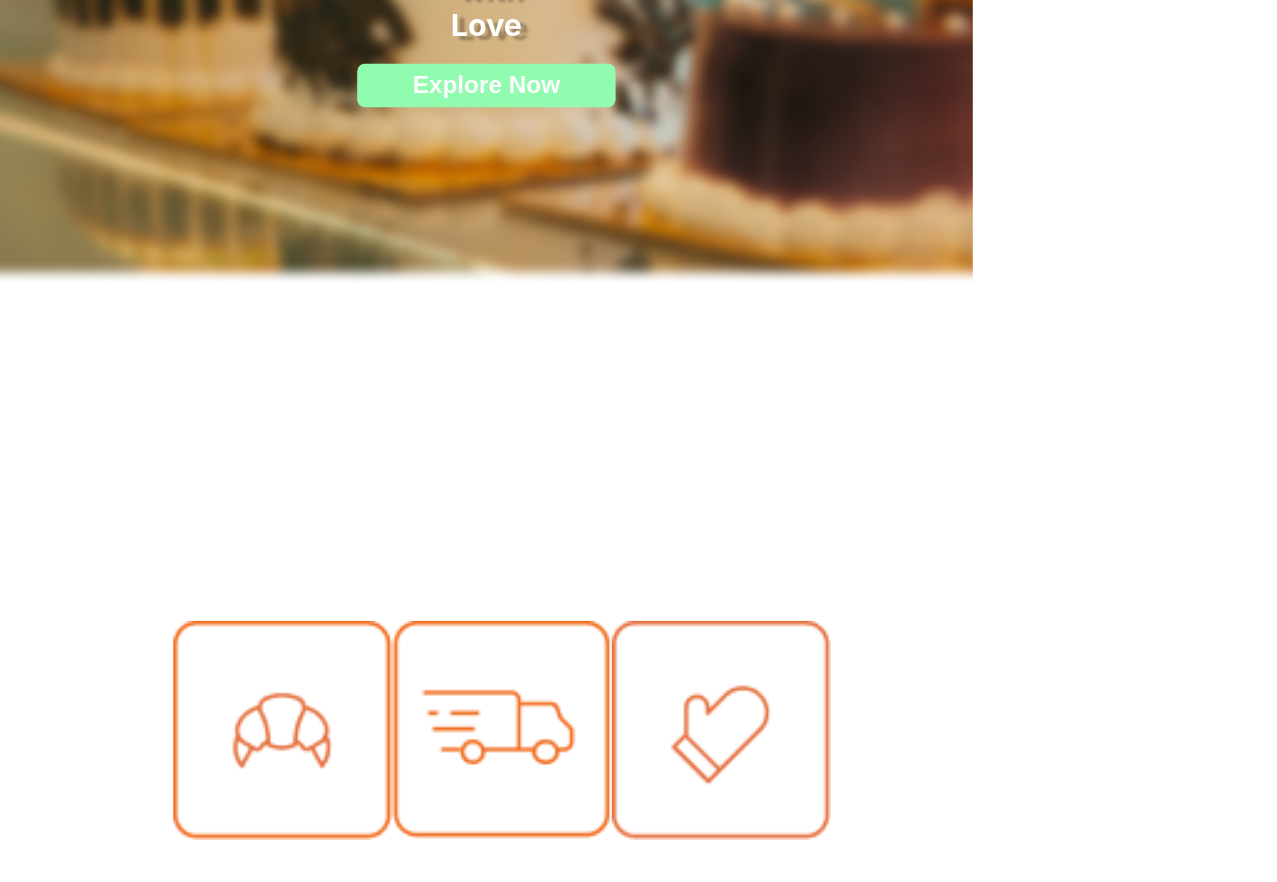
Repository: MEROO1010/cake-box-website
Page: / (app in Cake_box/cake_website/cake_frontend/)
The author's editor kept a copy of each file at every save. The page is drawn from the files as they stood at one save, then again after the next save.
The browser window is 1280 px wide. The page is 1293 px wide, then 1680 px, so the pictures cover 1680 px, including what lies to the right of the window. The pictures show the whole page, at 76% of full size.
The project was rebuilt for these pictures with package versions that can differ from the ones it lists, and the page was loaded fresh each time. Also part of the build but not shown: Cake_box/cake_website/cake_frontend/src/components/Header/Logo.jsx, Cake_box/cake_website/cake_frontend/src/components/Header/Navbar.jsx.

Above is the page before, as saved 2024-10-28 13:07:09.

### Cake_box/cake_website/cake_frontend/src/App.jsx
import { BrowserRouter as Router, Routes, Route } from "react-router-dom";
import Homepage from "./components/HomePage/Homepage";


function App() {
  return (
    <Router>
      <Routes>
        <Route path="/" element={<Homepage />} />

      </Routes>
    </Router>
  );
}

export default App;

### Cake_box/cake_website/cake_frontend/src/components/HomePage/Homepage.jsx
import React from 'react'
import Homepagebg from '../assets/HomePage.png';
import styled from 'styled-components';
import Logo from '../Header/Logo'
import Navbar from '../Header/Navbar';
import CakeIcons from './CakeIcons';

const Homepage = () => {
  return (
    <Container>

    <img src={Homepagebg} alt=""/>

    <h1>Cakes<br/> Crafted<br/> with<br/> Love</h1>

    <button>Explore Now</button>


     <CakeIcons/>
    </Container>
  )
}

export default Homepage

const Container = styled.div`
  display: flex;
  flex-direction: column;
  align-items: center; /* Center align items */
  justify-content: center; /* Center vertically */
  height: 100vh; /* Full viewport height */
  position: relative; /* Ensure absolute positioning works */

  img {
    width: 100%;
    height: auto; /* Maintain aspect ratio */
    object-fit: cover; /* Cover the container */
    position:static;
    padding-top:40px;
  }

  h1 {
    color: white;
    font-size: 40px;
    text-shadow: 9px 4px 4px rgba(0, 0, 0, 0.3);
    text-align: center;
    position:relative;
    padding-top: 80px;
    bottom:620px;

  }

  button {
    background-color: #91FBB0;
    color: white;
    border: none;
    border-radius:10px;
    width: 340px;
    height: 60px;
    font-size: 32px;
    font-weight: bold;
    margin-top: 0px; /* Add some space above the button */
    margin-left:0px;
    position:relative;
    padding-top: 10px;
    padding-bottom:10px;
    padding-right:10px;
    padding-left:10px;
    bottom:620px;
    justify-content: center;
    display: flex;
    cursor: pointer;

  }
`;

### Cake_box/cake_website/cake_frontend/src/components/HomePage/CakeIcons.jsx
import React from 'react'
import styled from 'styled-components';
import Croissant from '../assets/croissant.png';
import Turck from '../assets/truck.png';
import Gloves from '../assets/gloves.png';

const CakeIcons = () => {
  return (
    <Container>
      <ul>
        <li><img src={Croissant} alt=""/></li>
        <li><img src={Turck} alt=""/></li>
        <li><img src={Gloves} alt=""/></li>
      </ul>
    </Container>
  )
}

export default CakeIcons

const Container = styled.div`
  ul{
    list-style-type: none;
    text-decoration: none;
    display: inline;
    position:relative;
    display : inline-block;
    flex-direction: row;
    display: flex;
  }

  img{
    width: 200px;
    height:200px;
    float: left;
    margin-left: 0px;
    padding-bottom: 40px;
    padding-right:200px;
    bottom:920px;
    right:400px;
    position:static;
  }
  `

Loaded but not shown: Cake_box/cake_website/cake_frontend/public/index.html (common file); Cake_box/cake_website/cake_frontend/src/index.js (common file); Cake_box/cake_website/cake_frontend/src/index.css (common file); Cake_box/cake_website/cake_frontend/src/reportWebVitals.js (common file)

After the next save:
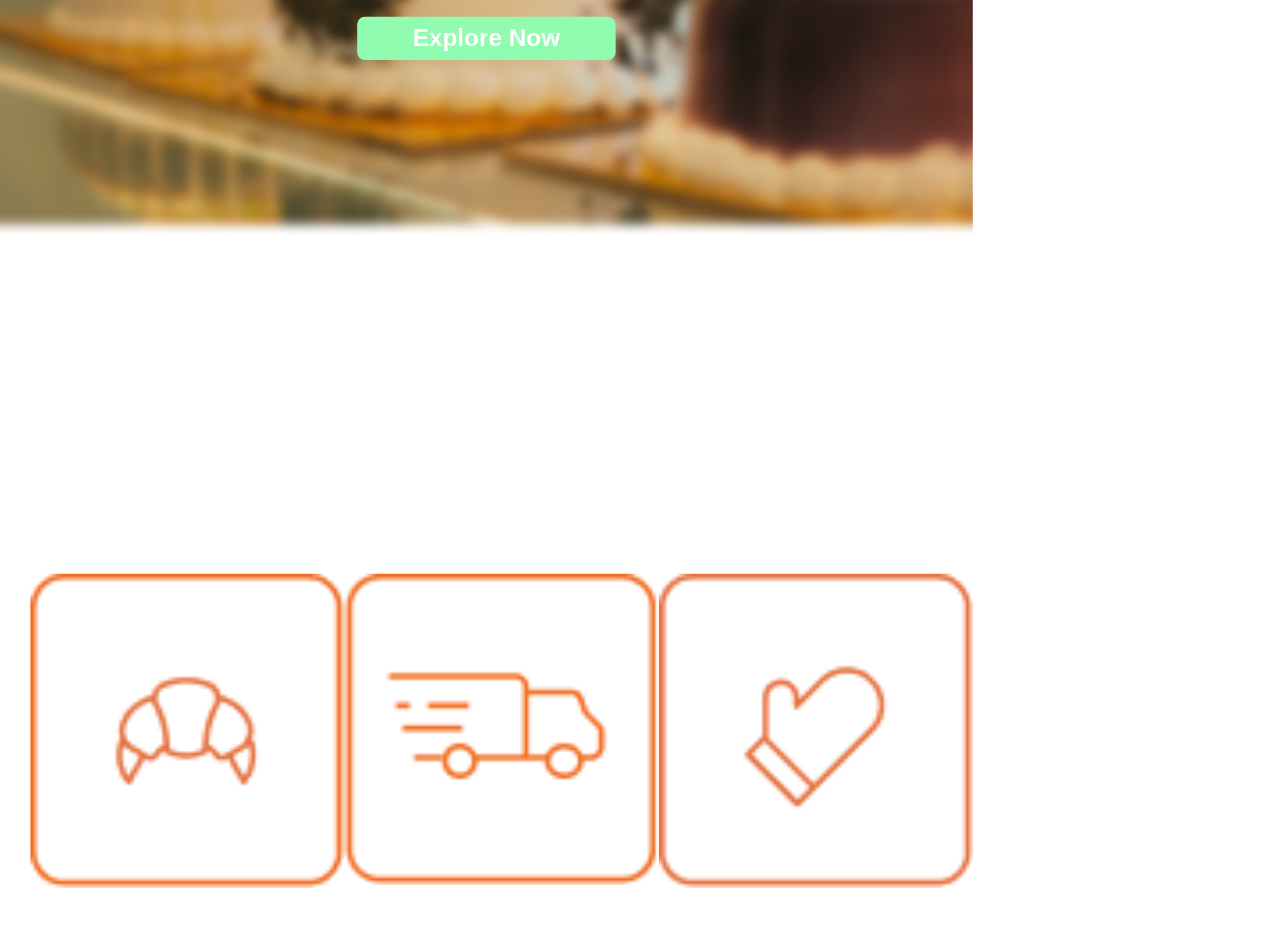
Saved 6 s later.
--- a/Cake_box/cake_website/cake_frontend/src/components/HomePage/CakeIcons.jsx
+++ b/Cake_box/cake_website/cake_frontend/src/components/HomePage/CakeIcons.jsx
@@ -35,7 +35,7 @@
     float: left;
     margin-left: 0px;
     padding-bottom: 40px;
-    padding-right:200px;
+    padding-right:400px;
     bottom:920px;
     right:400px;
     position:static;
